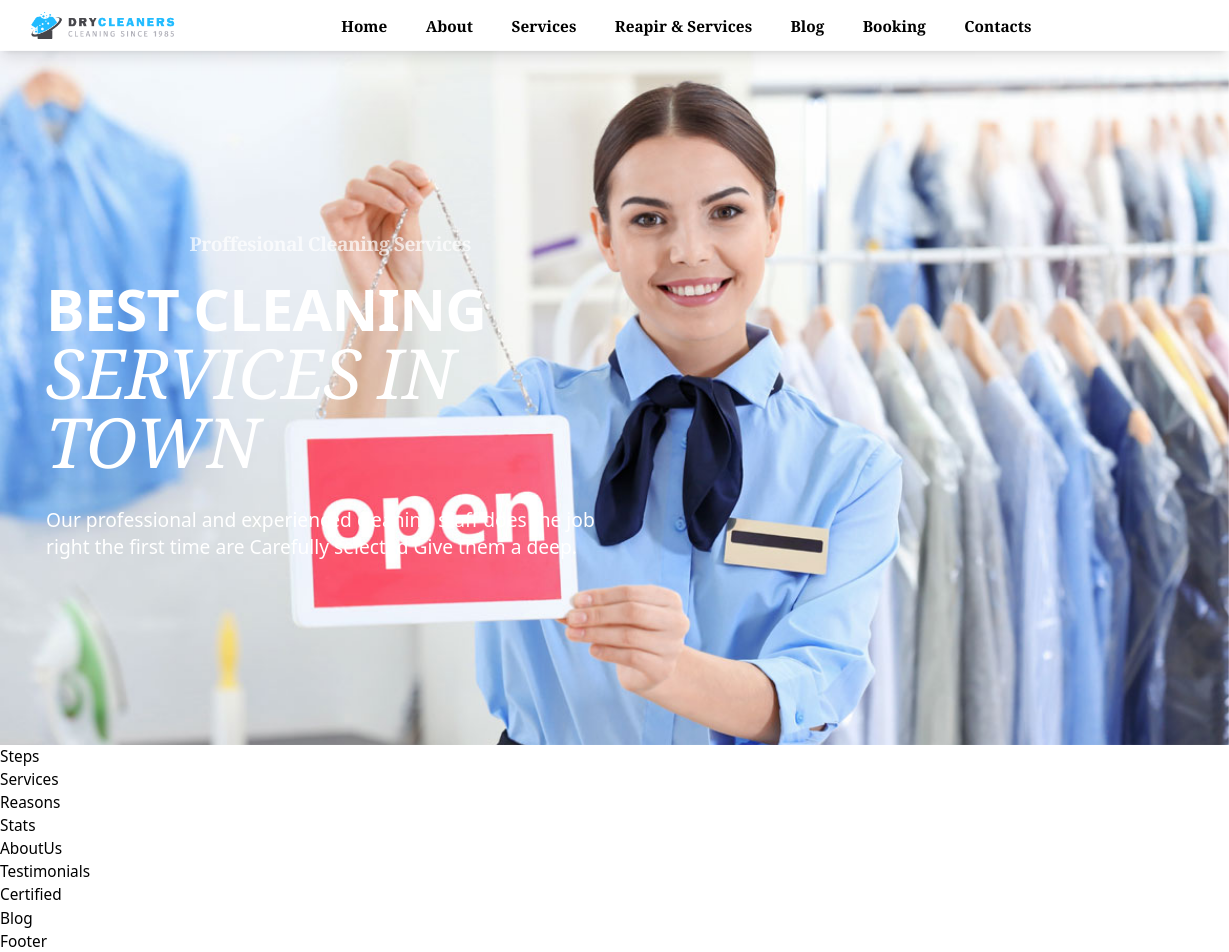
Repository: remydev47/cleanmate
Page: /
These files come from the project's save history. The page is drawn as it stood at one moment and after the next save; the edit follows.
The browser window is 1280 px wide. The pictures show the whole page, at 96% of full size.
The project was rebuilt for these pictures with package versions that can differ from the ones it lists, and the page was loaded fresh each time. The framework's server and built-in components were replaced by stand-ins that run in the browser. Also part of the build but not shown: next.config.js.

Above is the page before, as saved 2022-10-29 16:04:11.

After the next save:
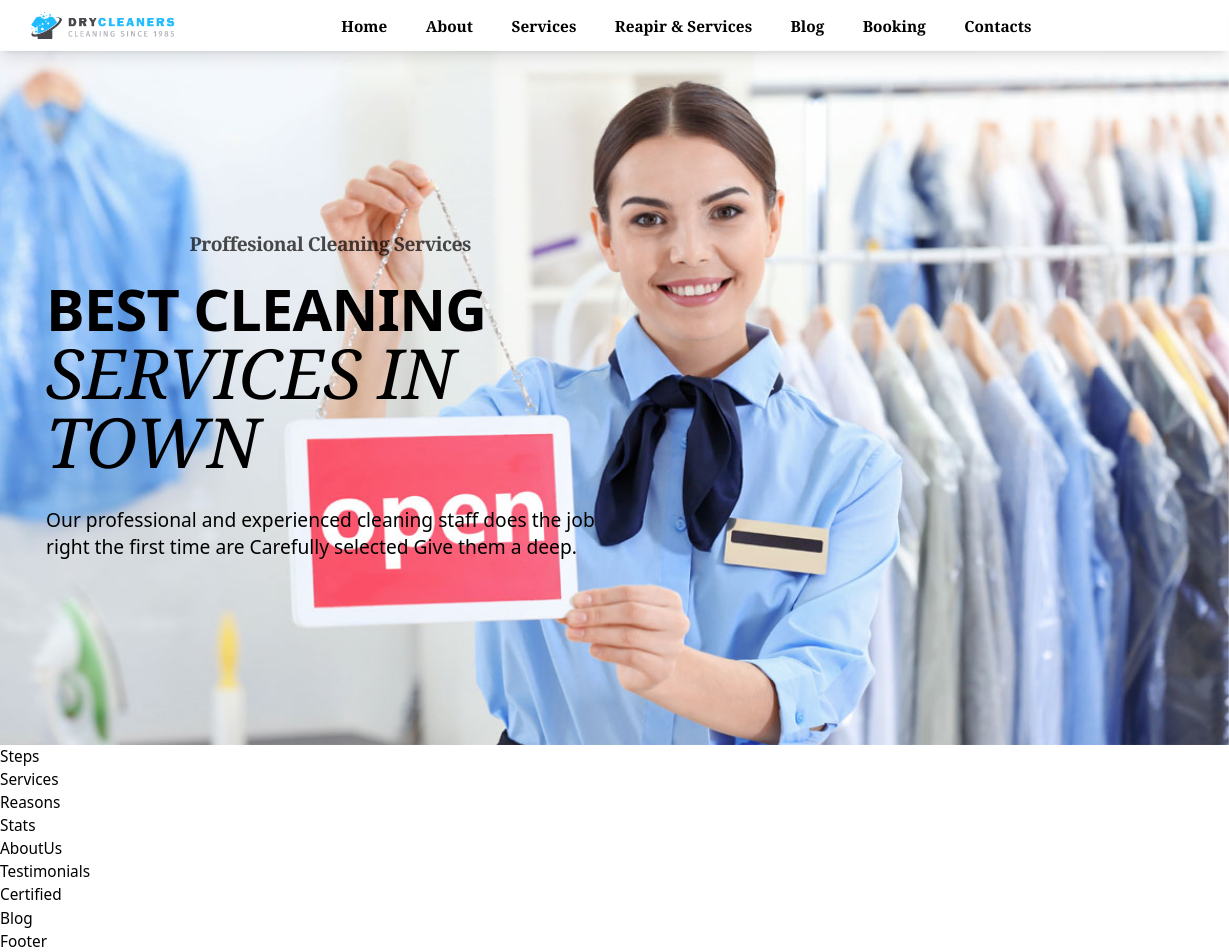
Saved 56 s later.
--- a/components/Hero.tsx
+++ b/components/Hero.tsx
@@ -9,12 +9,12 @@ const Hero = () => {
    <div className='relative'>
     <div className="px-6 mx-auto sm:px-8 lg:px-12 max-w-7xl">
       <div className="w-full lg:w-2/3 xl:w-1/2">
-        <h1 className="font-serif text-xl font-bold tracking-tight text-white text-opacity-70 text-center">Proffesional Cleaning Services</h1>
-        <p className="mt-6 tracking-tighter text-white">
+        <h1 className="font-serif text-xl font-bold tracking-tight text-black text-opacity-70 text-center">Proffesional Cleaning Services</h1>
+        <p className="mt-6 tracking-tighter text-black">
           <span className="font-sans font-bold text-6xl">BEST CLEANING </span><br />
           <span className="font-serif italic font-BOLD text-7xl">SERVICES IN TOWN</span>
         </p>
-        <p className="mt-8 font-erif text-xl font-normal text-white">
+        <p className="mt-8 font-erif text-xl font-normal text-black">
          Our professional and experienced cleaning staff does the job right the first time are Carefully selected Give them a deep.
         </p>
       </div>
